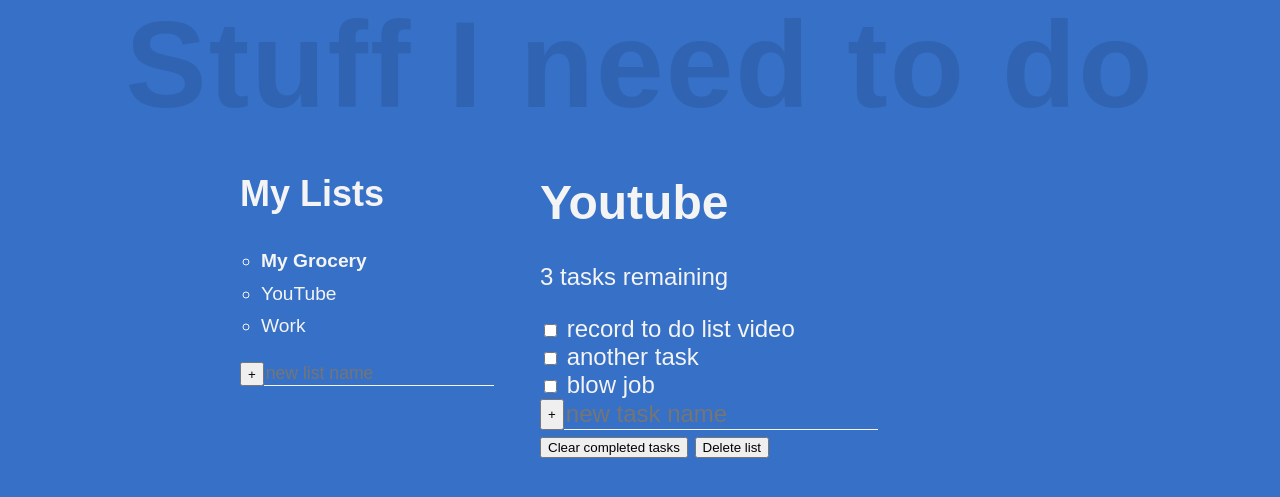
Repository: MohammadMazloum123/To-Do-List-App-
Page: index.html
These files come from the project's save history. The page is drawn as it stood at one moment and after a run of saves; the edit follows.
The browser window is 1280 px wide. The pictures show the whole page.

Above is the page before, as saved 2024-02-15 12:46:48.

After the next 7 saves:
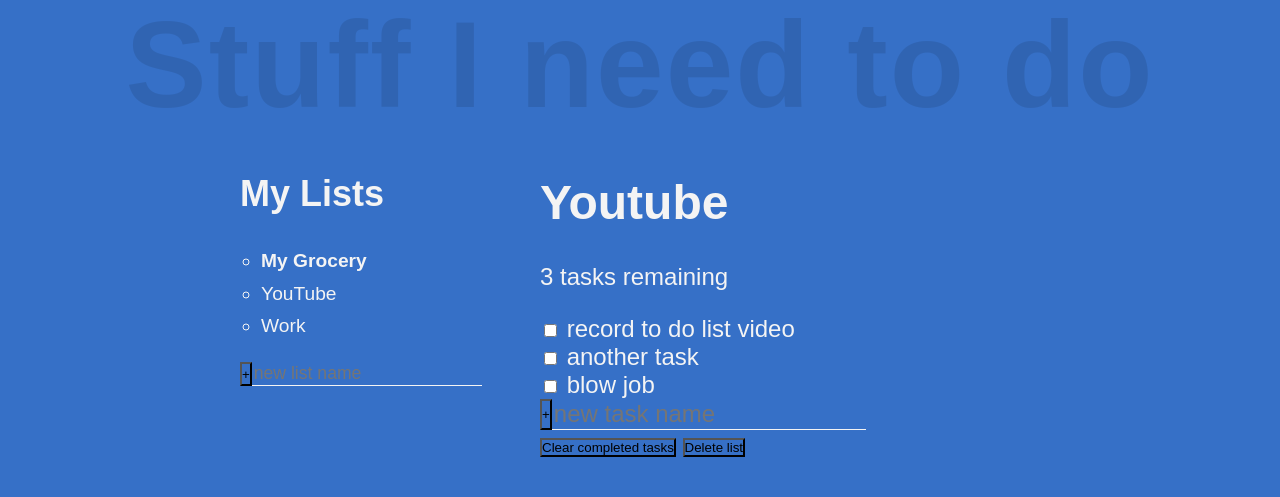
The 7 saves are shown as one change because they came seconds apart.
The last was saved 63 s later.
--- a/styles.css
+++ b/styles.css
@@ -36,7 +36,11 @@ body{
 form{
     display: flex;
 }
-
+.btn{
+    background: 0;
+    cursor: pointer;
+    padding: 0;
+}
 
 
 .new{
